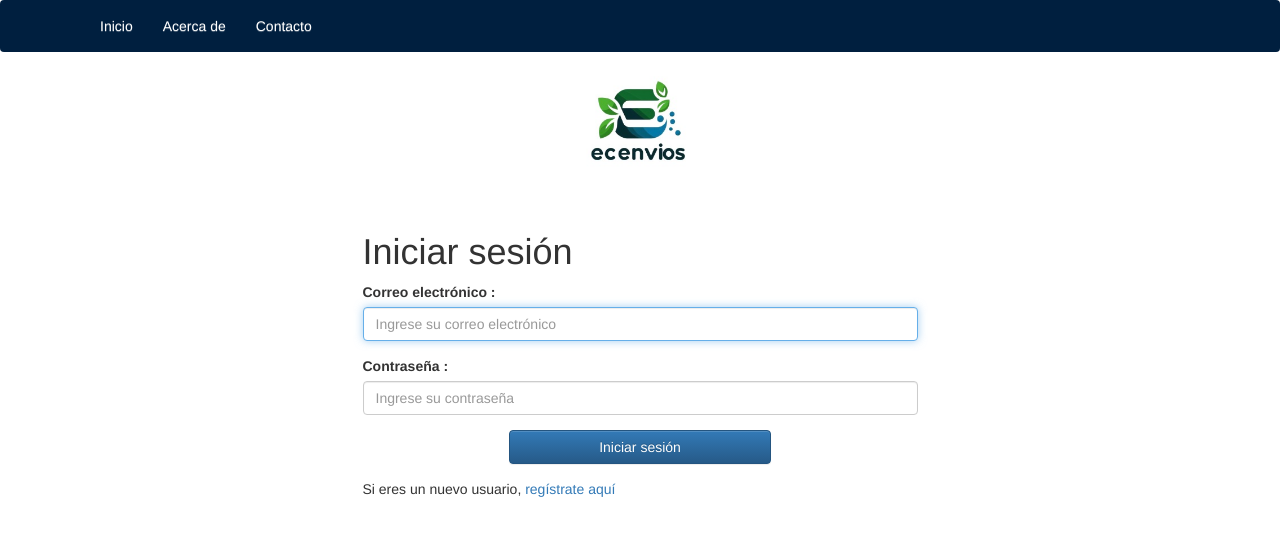
Repository: BolivarCaro/ecenviosweb
Page: http://localhost/login
An editor plug-in stored every save of this project. The page is shown before and after the next save, followed by the edit.
The browser window is 1280 px wide. The pictures show the whole page.
The page is this project's Thymeleaf template; nobody is signed in. The template is opened directly, without the code that normally fills it, so the values that code supplies are empty.

Above is the page before, as saved 2024-07-14 14:33:25.
Console error (its wording comes from the project's code and is left out).

After the next save:
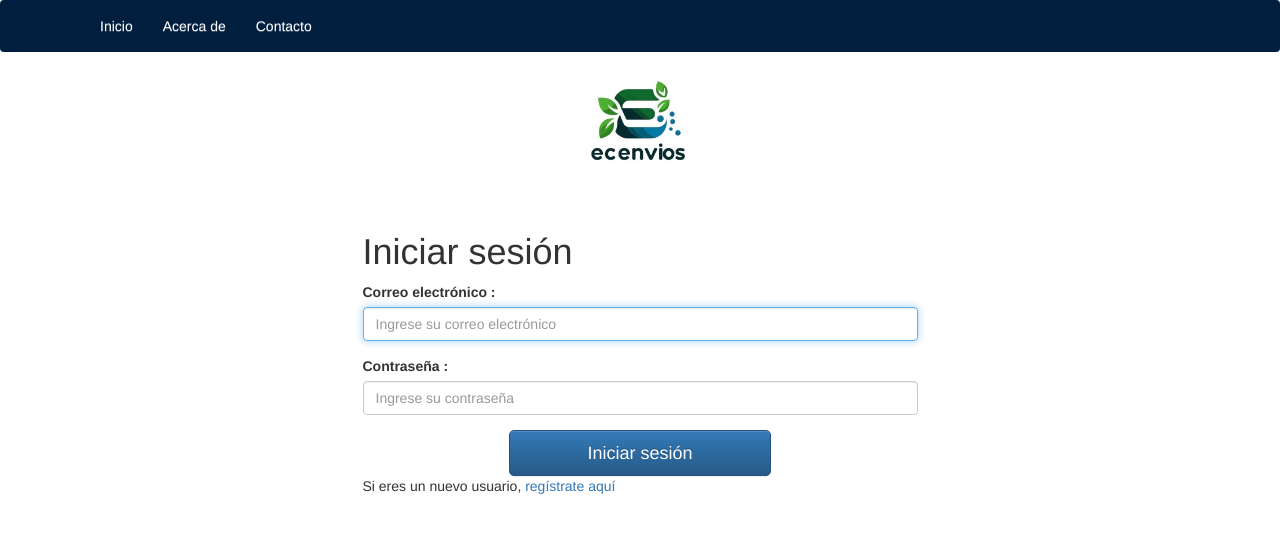
Saved 69 s later.
--- a/sprindbootecenvios/src/main/resources/templates/login.html
+++ b/sprindbootecenvios/src/main/resources/templates/login.html
@@ -75,9 +75,10 @@
                     </div>
                     <div class="form-group">
                         <div class="row">
-                            <div class="col-md-6 col-md-offset-3">
-                                <input type="submit" class="form-control btn btn-primary" name="login-submit" id="login-submit" value="Iniciar sesión" />
-                            </div>
+							<div class="col-md-6 col-md-offset-3 text-center">
+							    <button type="submit" class="btn btn-primary btn-lg" id="login-submit" style="width: 100%; padding: 10px; border-radius: 5px;">
+							        Iniciar sesión
+							    </button>
                         </div>
                     </div>
                 </form>

After the save that followed:
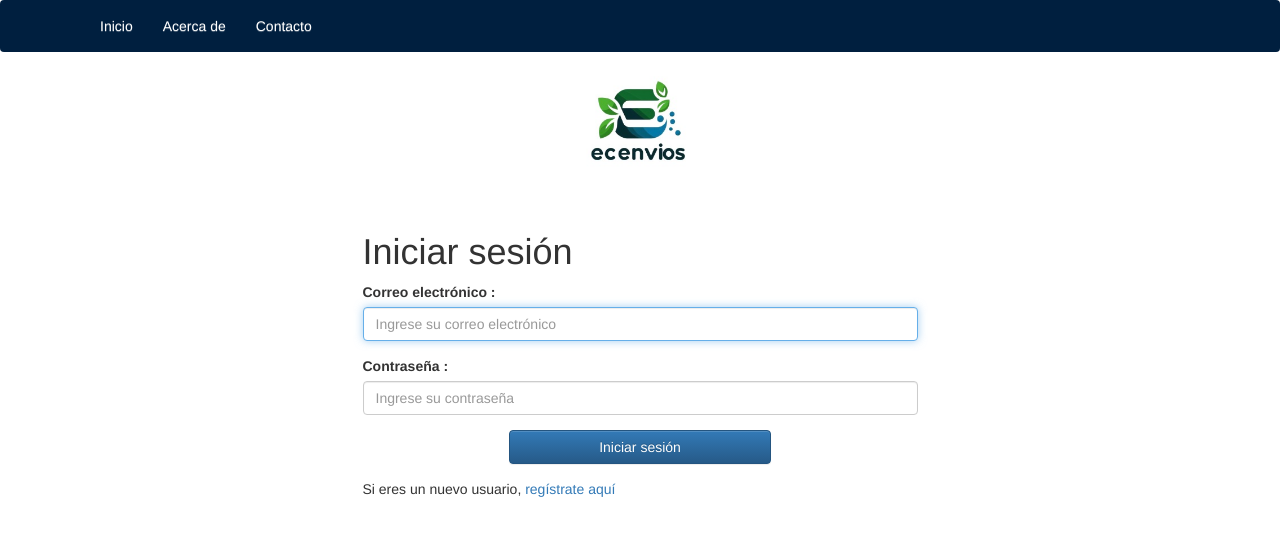
Saved 3 min 51 s later.
--- a/sprindbootecenvios/src/main/resources/templates/login.html
+++ b/sprindbootecenvios/src/main/resources/templates/login.html
@@ -75,10 +75,9 @@
                     </div>
                     <div class="form-group">
                         <div class="row">
-							<div class="col-md-6 col-md-offset-3 text-center">
-							    <button type="submit" class="btn btn-primary btn-lg" id="login-submit" style="width: 100%; padding: 10px; border-radius: 5px;">
-							        Iniciar sesión
-							    </button>
+                            <div class="col-md-6 col-md-offset-3">
+                                <input type="submit" class="form-control btn btn-primary" name="login-submit" id="login-submit" value="Iniciar sesión" />
+                            </div>
                         </div>
                     </div>
                 </form>
